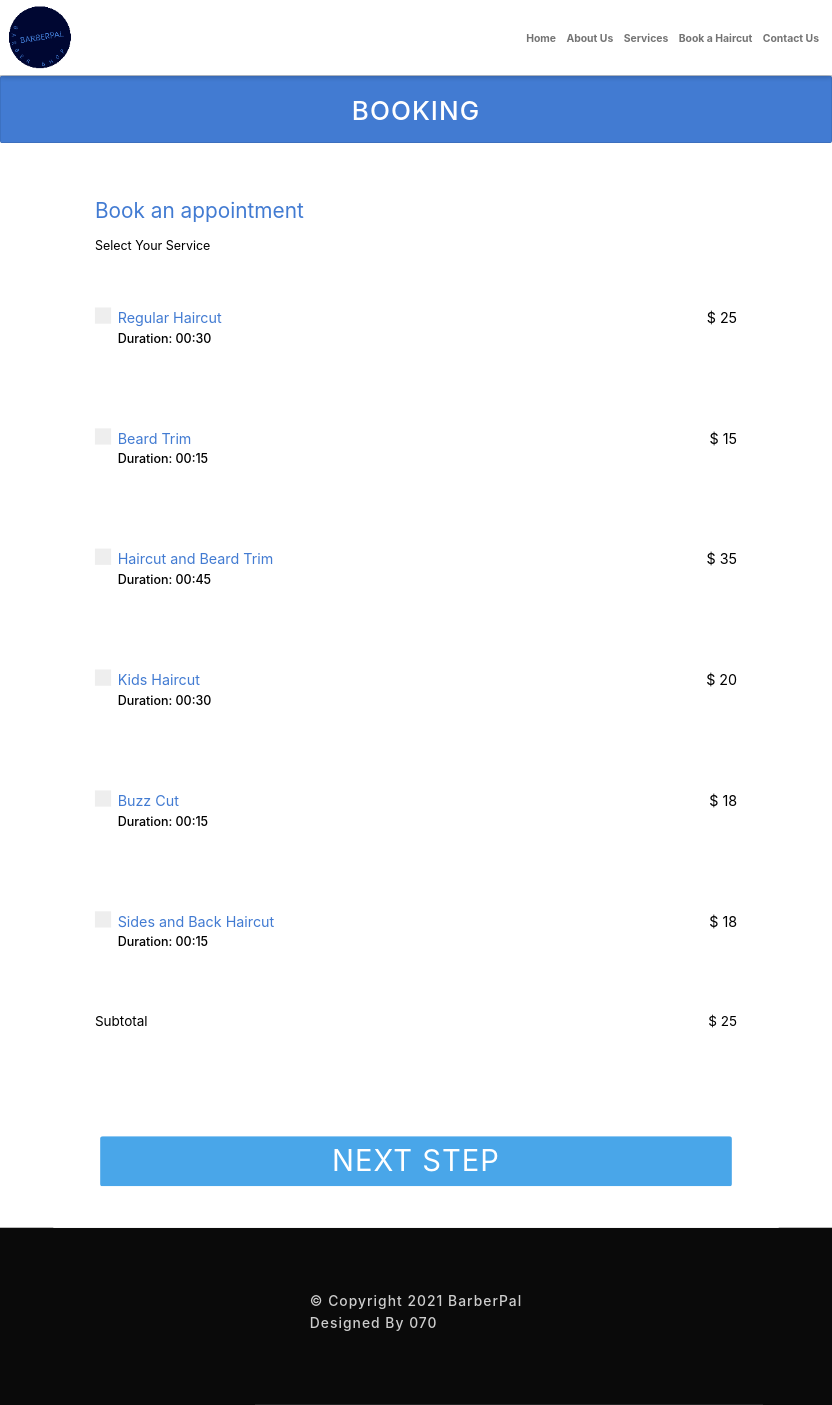
Repository: ofovweewere/haircutPal
Page: /services
The author's editor kept a copy of each file at every save. The page is drawn from the files as they stood at one save, then again after the next save.
The browser window is 1280 px wide. The pictures show the whole page, at 65% of full size.
The project was rebuilt for these pictures with package versions that can differ from the ones it lists, and the page was loaded fresh each time. Also part of the build but not shown: src/tutorial/0-Practice/bookCut.js, src/tutorial/0-Practice/about.js, src/tutorial/0-Practice/servicesAndProducts.js, src/tutorial/0-Practice/contact.js, src/tutorial/0-Practice/landing.js, src/tutorial/0-Practice/error.js.

Above is the page before, as saved 2022-06-24 12:35:49.

### public/index.html
<!DOCTYPE html>
<html lang="en">
  <head>
    <meta charset="utf-8" />
    <link rel="icon" href="%PUBLIC_URL%/favicon.ico" />
    <meta name="viewport" content="width=device-width, initial-scale=1" />
    <meta name="theme-color" content="#000000" />
    <meta
      name="description"
      content="Web site created using create-react-app"
    />
    <link rel="apple-touch-icon" href="%PUBLIC_URL%/logo192.png" />
    <!--
      manifest.json provides metadata used when your web app is installed on a
      user's mobile device or desktop. See https://developers.google.com/web/fundamentals/web-app-manifest/
    -->
    <link rel="manifest" href="%PUBLIC_URL%/manifest.json" />
    <!--
      Notice the use of %PUBLIC_URL% in the tags above.
      It will be replaced with the URL of the `public` folder during the build.
      Only files inside the `public` folder can be referenced from the HTML.

      Unlike "/favicon.ico" or "favicon.ico", "%PUBLIC_URL%/favicon.ico" will
      work correctly both with client-side routing and a non-root public URL.
      Learn how to configure a non-root public URL by running `npm run build`.
    -->
    <title>React App</title>
  </head>
  <body class="Site">
    <noscript>You need to enable JavaScript to run this app.</noscript>
    <div id="root"></div>
    <!--
      This HTML file is a template.
      If you open it directly in the browser, you will see an empty page.

      You can add webfonts, meta tags, or analytics to this file.
      The build step will place the bundled scripts into the <body> tag.

      To begin the development, run `npm start` or `yarn start`.
      To create a production bundle, use `npm run build` or `yarn build`.
    -->
  </body>
</html>

### src/index.js
import React from 'react';
import ReactDOM from 'react-dom';

import App from './App';
// import '../node_modules/jquery/dist/jquery.min.js';
import '../node_modules/bootstrap/dist/css/bootstrap.min.css';
import '../node_modules/bootstrap/dist/js/bootstrap.min.js';
import '../node_modules/font-awesome/css/font-awesome.min.css';

import './index.css';
ReactDOM.render(
  <React.StrictMode>
    <App />
  </React.StrictMode>,
  document.getElementById('root')
);

### src/App.js
import React from 'react';
import Setup from './tutorial/0-Practice/index.js';
// import Setup from './tutorial/2-useEffect/final/3-useEffect-fetch-data.js';
function App() {
  return (
    <div >
      <Setup />
    </div>
  );
  }

export default App;

### src/index.css
/*
===============
Variables
===============
*/

:root {
  /* dark shades of primary color*/
  --clr-primary-1: hsl(205, 86%, 17%);
  --clr-primary-2: hsl(205, 77%, 27%);
  --clr-primary-3: hsl(205, 72%, 37%);
  --clr-primary-4: hsl(205, 63%, 48%);
  /* primary/main color */
  --clr-primary-5: hsl(205, 78%, 60%);
  /* lighter shades of primary color */
  --clr-primary-6: hsl(205, 89%, 70%);
  --clr-primary-7: hsl(205, 90%, 76%);
  --clr-primary-8: hsl(205, 86%, 81%);
  --clr-primary-9: hsl(205, 90%, 88%);
  --clr-primary-10: hsl(205, 100%, 96%);
  /* darkest grey - used for headings */
  --clr-grey-1: hsl(209, 61%, 16%);
  --clr-grey-2: hsl(211, 39%, 23%);
  --clr-grey-3: hsl(209, 34%, 30%);
  --clr-grey-4: hsl(209, 28%, 39%);
  /* grey used for paragraphs */
  --clr-grey-5: hsl(210, 22%, 49%);
  --clr-grey-6: hsl(209, 23%, 60%);
  --clr-grey-7: hsl(211, 27%, 70%);
  --clr-grey-8: hsl(210, 31%, 80%);
  --clr-grey-9: hsl(212, 33%, 89%);
  --clr-grey-10: hsl(210, 36%, 96%);
  --clr-white: #fff;
  --clr-red-dark: hsl(360, 67%, 44%);
  --clr-red-light: hsl(360, 71%, 66%);
  --clr-green-dark: hsl(125, 67%, 44%);
  --clr-green-light: hsl(125, 71%, 66%);
  --clr-black: #222;
  --transition: all 0.3s linear;
  --spacing: 0.1rem;
  --radius: 0.25rem;
  --light-shadow: 0 5px 15px rgba(0, 0, 0, 0.1);
  --dark-shadow: 0 5px 15px rgba(0, 0, 0, 0.4);
  --max-width: 1170px;
  --fixed-width: 450px;
  --clr-orange-1: hsl(12, 83%, 98%);
  --clr-orange-2: hsl(14, 91%, 95%);
  --clr-orange-3: hsl(12, 89%, 89%);
  --clr-orange-4: hsl(13, 87%, 82%);
  --clr-orange-5: hsl(13, 88%, 68%);
  --clr-orange-6: hsl(13, 88%, 55%);
  --clr-orange-7: hsl(13, 74%, 49%);
  --clr-orange-8: hsl(13, 74%, 33%);
  --clr-orange-9: hsl(13, 73%, 25%);
  --clr-orange-10: hsl(13, 73%, 16%);
}
/*
===============
Global Styles
===============
*/

*,
::after,
::before {
  margin: 0;
  padding: 0;
  box-sizing: border-box;
}
body {
  font-family: -apple-system, BlinkMacSystemFont, 'Segoe UI', Roboto, Oxygen,
    Ubuntu, Cantarell, 'Open Sans', 'Helvetica Neue', sans-serif;
  background: var(--clr-grey-10);
  color: var(--clr-grey-1);
  line-height: 1.5;
  font-size: 0.875rem;
}
.Site {
  display: flex;
  min-height: 100vh;
  flex-direction: column;
}
.Site-content {
  flex: 1;
}
.bold
{
  font-weight:bold;
}

.nav-link {
color:#427bd2 ;
font-weight: bold;
}
.breakSection
{
  color:#427bd2 ;
font-weight: normal;
width: 100%;
min-height:6.5rem;
background:#0a0a0a;
}


ul {
  list-style-type: none;
}
a {
  text-decoration: none;
}
h1,
h2,
h3,
h4,
.under,
.titleDescription {
  letter-spacing: var(--spacing);
  text-transform: capitalize;
  line-height: 1.25;
  margin-bottom: 0.75rem;
}
h1 {
  font-size: 3rem;
}
h2,.titleDescription {
  font-size: 2rem;
}

.under
{
  margin-top:2rem;
}
.under, .title, .contact {
  font-size: 1.5rem;
}

 .smallText {
    font-size: 1rem;
  }

  .smallTextTwo {
    font-size: 1.1rem;
  }

h3 {
  font-size: 1.25rem;
},
.h3 {
    font-size: 1.0rem;
  },
h4 {
  font-size: 0.875rem;
}
p {
  margin-bottom: 1.25rem;
  color: var(--clr-grey-5);
}



  /* @media screen and (max-width: 767px) {
    #navbarSupportedContent
        {
            position: fixed !important;
            right: 5rem;
            left: 5rem;
            top:7.3rem;
            background-color: #fff !important;
            border-color: #427bd2 transparent transparent transparent;
            border-style:solid;
        }



  }       */

/* The containers */
.containers {
  display: block;
  position: relative;
  padding-left: 2.188rem;
  margin-bottom: 0.75rem;
  cursor: pointer;
  font-size: 1.375rem;
  -webkit-user-select: none;
  -moz-user-select: none;
  -ms-user-select: none;
  user-select: none;
}

/* Hide the browser's default checkbox */
.containers input {
  position: absolute;
  opacity: 0;
  cursor: pointer;
  height: 0;
  width: 0;
}

/* Create a custom checkbox */
.checkmark {
  position: absolute;
  top: 0;
  left: 0;
  height: 1.563rem;
  width: 1.563rem;
  background-color: #eee;
}

/* On mouse-over, add a grey background color */
.containers:hover input ~ .checkmark {
   /* background-color: #ccc; */
}

/* When the checkbox is checked, add a blue background */
.containers input:checked ~ .checkmark {
   background-color: #2196F3;
}

/* Create the checkmark/indicator (hidden when not checked) */
.checkmark:after {
  content: "";
  position: absolute;
  display: none;
  box-sizing: content-box !important;
}

/* Show the checkmark when checked */
.containers input:checked ~ .checkmark:after {
  display: block;
  box-sizing: content-box !important;
}

/* Style the checkmark/indicator */
.containers .checkmark:after {
  left: 0.563rem;
  top:0.313rem;
  width:0.313rem;
  height: 0.625rem;
  border: solid white;
  border-width: 0 0.188rem 0.188rem 0;
  -webkit-transform: rotate(45deg);
  -ms-transform: rotate(45deg);
  transform: rotate(45deg);
  box-sizing: content-box !important;
}

.hovering div:hover
{
  background:#f3f8fc;
}
@media screen and (min-width: 800px) {
  .about{
    display:flex;
  }
  .haircuts, .haircutsCombo
{
  display:grid;
}
  h1 {
    font-size: 4rem;
  }
  h2,.titleDescription {
    font-size: 2.5rem;
  }

   .under,.title, .contact {
    font-size: 2rem;
  }

   .smallText {
    font-size: 1.2rem;
  }

   .smallTextTwo {
    font-size: 1.3rem;
  }

  h3 {
    font-size: 1.33rem;
  },
  .h3 {
    font-size: 1.0rem;
  },
  h4 {
    font-size: 1rem;
  }
  body {
    font-size: 1rem;
  }
  h1,
  h2,
  h3,
  h4,
  .under,.title, .titleDescription{
    line-height: 1;
  }
}
/*  global classes */

/* section */
.section,
/* .container {
  width: 90vw;
  margin: 0 auto;
  max-width: var(--max-width);
} */

@media screen and (min-width: 992px) {
  .about{
    display:flex;
  }
  .haircuts,.haircutsCombo
{
  display:grid;
}
  .section {
    width: 95vw;
  }
}

/* .container {
  text-align: center;
  margin-top: 0;
} */
.btn {
  display: inline-block;
  background: var(--clr-primary-5);
  color: var(--clr-white);
  padding: 0.25rem 0.75rem;
  border-radius: var(--radius);
  border-color: transparent;
  text-transform: capitalize;
  font-size: 1rem;
  letter-spacing: var(--spacing);
  margin-top: 2rem;
  margin-left: 0.5rem;
  margin-right: 0.5rem;
  cursor: pointer;
  transition: var(--transition);
}
.btn:hover {
  background: var(--clr-primary-1);
  color: var(--clr-primary-5);
}
.item {
  background: var(--clr-white);
  display: flex;
  justify-content: space-between;
  max-width: var(--fixed-width);
  margin: 2rem auto;
  align-items: center;
  border-radius: var(--radius);
}
.item button,
.item a {
  background: transparent;
  border-color: transparent;
  color: var(--clr-primary-5);
  letter-spacing: var(--spacing);
  cursor: pointer;
}
.item {
  padding: 1rem 2rem;
}
.item h4 {
  margin-bottom: 0;
}
.item p {
  margin-bottom: 0;
}
.modal {
  position: absolute;
  top: 2rem;
  left: 50%;
  transform: translateX(-50%);
  background: var(--clr-white);
  display: inline-block;
  padding: 0.25rem 1rem;
  border-radius: var(--radius);
  text-transform: capitalize;
}

.modal p {
  margin-bottom: 0;
  color: var(--clr-red-dark);
}
.form {
  background: var(--clr-white);
  max-width: var(--fixed-width);
  margin: 0 auto;
  margin-bottom: 4rem;
  padding: 1rem 2rem;
  border-radius: var(--radius);
}
.form input {
  background: var(--clr-grey-10);
  border-color: transparent;
  border-radius: var(--radius);
  padding: 0.25rem 0.5rem;
}
.form-control {
  margin: 0.5rem 0;
  display: grid;
  grid-template-columns: 100px 1fr;
  align-items: center;
}
.form button {
  display: inline-block;
  background: var(--clr-black);
  color: var(--clr-white);
  border-color: transparent;
  margin-top: 1rem;
  letter-spacing: var(--spacing);
  padding: 0.15rem 0.25rem;
  text-transform: capitalize;
  border-radius: var(--radius);
  cursor: pointer;
}
.nav-links {
  max-width: var(--fixed-width);
  margin: 0 auto;
  margin-bottom: 4rem;
  display: grid;
  grid-template-columns: repeat(3, 1fr);
}




.haircutsCombo {



  grid-template-columns: repeat(2, minmax(0, 1fr));
   gap: 2rem;
  margin: 1rem 1rem 1rem 2rem;
}

.haircutsCombo > p {
  border: 5px solid #427bd2;
  overflow-wrap: break-word;
}

.haircuts {



  grid-template-columns: repeat(3, minmax(0, 1fr));
   gap: 2rem;
  margin: 1rem 1rem 1rem 2rem;
}

.haircuts > p {
  border: 5px solid #427bd2;
  overflow-wrap: break-word;
}

.title
{
  font-weight: normal;
  color: #fff;
  background:#427bd2;
  padding: 1rem;
  text-align: center;
}

.contact > div
{
  font-weight: normal;


  padding: 2rem;

}


td
{
  vertical-align:top;

}
.table
{
  color: white;
}
table {
  border-collapse: separate;
  border-spacing: 1rem 1rem ;
}
.titleDescription
{
  display: flex;
  align-items: center;
  justify-content: center;
  color:#333;
  padding:2rem;
font-weight: bold;


}

.nav-links a {
  color: var(--clr-grey-5);
}
.users {
  display: grid;
  grid-template-columns: repeat(auto-fit, minmax(300px, 1fr));
  gap: 2rem;
  margin: 3rem auto;
}
.users li {
  width: 100%;
  display: flex;
  align-items: center;
  background: var(--clr-white);
  padding: 1rem 2rem;
  border-radius: var(--radius);
  text-align: left;
}
.users img {
  width: 50px;
  height: 50px;
  border-radius: 50%;
  margin-right: 1rem;
}
.users h4 {
  margin-bottom: 0.15rem;
}
.users a {
  color: var(--clr-grey-5);
  text-transform: capitalize;
}

.products {
  margin: 4rem 0;
  display: grid;
  gap: 2rem;
}
@media screen and (min-width: 576px) {
  .products {
    grid-template-columns: repeat(auto-fit, minmax(300px, 1fr));
  }
}
.product {
  background: var(--clr-white);
  border-radius: var(--radius);
}
.product img {
  border-top-left-radius: var(--radius);
  border-top-right-radius: var(--radius);

  width: 100%;
  height: 15rem;
  object-fit: cover;
}
.product h4 {
  margin-top: 1rem;
}

.product button {
  margin-bottom: 1rem;
  background: var(--clr-primary-5);
  border-radius: var(--radius);
  border-color: transparent;
  color: var(--clr-white);
  padding: 0.25rem 0.5rem;
  text-transform: capitalize;
  cursor: pointer;
}

### src/tutorial/0-Practice/index.js
import React, { useState, useEffect } from 'react';

import Header from './header.js';
import Footer from './footer.js';
import Landing from './landing.js';
import Booking from './booking.js';
import Error from './error.js';
// react router
import { BrowserRouter as Router, Route, Switch } from 'react-router-dom';
const UseEffectFetchData = () => {

  return (
    <body className="Site" style={{backgroundColor:'black'}}>

      <Router>
      <Header />
       <main class="Site-content" >
      <Switch>
        <Route exact path='/'>
          <Landing/>
        </Route>
        <Route exact path='/landing'>
          <Landing/>
        </Route>
        <Route path='/services'>
         <Booking/>
        </Route>

        <Route path='*'>
          <Error />
        </Route>
      </Switch>
       </main>
       <Footer />
    </Router>




    </body>
  );
};

export default UseEffectFetchData;

### src/tutorial/0-Practice/footer.js
import React, { useState, useEffect } from 'react';
import companyLogo from '../../assets/logo.png';

const Footer = () => {

  return (
    <>
      <nav  style={{ backgroundColor: '#0a0a0a', display: 'flex',minHeight: '17rem',justifyContent: 'center', alignItems:'end' }}>
        <div class="container-fluid" style={{ color: '#cecece', alignSelf:'center', width:'auto'  }}>
          <h3 >&copy; Copyright 2021 BarberPal </h3>

          <div>
            <h3  > Designed by 070</h3>
          </div>
        </div>
      </nav>
    </>
  );
};

export default Footer;

### src/tutorial/0-Practice/booking.js
import React from 'react';
import BreakSection from './breakSection.js';
import DummyHeader from './dummyHeader.js';
import Heading from './heading.js';
import CheckboxOption from './checkboxOption.js';
import Footing from './footing.js';
import BlueButton from './blueButton.js';
const Booking = () => {


  return (
    <div style={{ background: '#fff' }}>
      <BreakSection title="BOOKING" ID="booking" background="#427bd2" color="#fff" />
      <div class="container">
        <div>
         <Heading title='Book an appointment' description='Select Your Service'/>
         <CheckboxOption title='Regular Haircut' description='00:30' cost='25'/>
         <CheckboxOption title='Beard Trim' description='00:15' cost='15'/>
         <CheckboxOption title='Haircut and Beard Trim' description='00:45' cost='35'/>
         <CheckboxOption title='Kids Haircut' description='00:30' cost='20'/>
         <CheckboxOption title='Buzz Cut' description='00:15' cost='18'/>
         <CheckboxOption title='Sides and Back Haircut' description='00:15' cost='18'/>
         <Footing title='Subtotal' description='25'/>
        </div>

        <div>
          <BlueButton title='NEXT STEP'/>
        </div>
      </div>
    </div>
  );
};

export default Booking;

### src/tutorial/0-Practice/breakSection.js
import React, { useState, useEffect } from 'react';

const BreakSection = ({ title, ID, background, color }) => {
  const [elementClass, setClass] = useState(
    window.innerWidth < 992
      ? '0px'
      : '100px'
  );
  const checkSize = () => {
    if (window.innerWidth < 992) {
      setClass('0px');
    } else {
      setClass('100px');
    }
  };
  useEffect(() => {

    window.addEventListener('resize', checkSize);
    return () => {
      window.removeEventListener('resize', checkSize);
    };
  }, []);
  return (
    <>
      <div className="card breakSection" id={ID} style={{ scrollMarginTop: elementClass, background:background, color:color }}>
        <div
          class="card-body"
          style={{ display: 'flex', alignItems: 'end', justifyContent: 'center' }}
        >
          <h2>{title}</h2>
        </div>
      </div>
    </>
  );
};

export default BreakSection;

### src/tutorial/0-Practice/heading.js
import React from 'react';

const Heading = ({title, description}) => {


  return (
    <>
      <div
          className="card"
          style={{
            color: 'var(--clr-white)',
            width: '100%',
            minHeight: '10rem',
            background: 'var(--clr-primary-5)',
            border: 'transparent'
          }}
        >
          <div
            class="card-body contact "
            style={{
              display: 'flex',
              alignItems: 'left',
              justifyContent: 'left',
              flexGrow: '1',
              flexDirection: 'column',
              background:'#fff',
              paddingBottom:'0'
            }}
          >
            <div className="whiteParagraph" style={{paddingBottom:'0'}}>
              <table className="whiteParagraphTab">
                <thead>
                  <tr>
                    <th></th>

                  </tr>
                </thead>
                <tbody>
                  <tr style={{color:'#427bd2',fontWeight:'normal'}}>

                    <td>{title}</td>
                  </tr>

                  <tr class='smallText'style={{color:'black', fontWeight:'normal'}}>

                    <td>
                     {description}
                    </td>
                  </tr>



                </tbody>
              </table>
            </div>
          </div>
        </div>
    </>
  );
};

export default Heading;

### src/tutorial/0-Practice/footing.js
import React from 'react';

const Footing = ({title, description}) => {


  return (
    <>
      <div
        className="card"
        style={{
          color: 'var(--clr-white)',
          width: '100%',
          minHeight: '10rem',
          background: 'var(--clr-primary-5)',
          border: 'transparent',
        }}
      >
        <div
          class="card-body contact "
          style={{
            display: 'flex',
            alignItems: 'left',
            justifyContent: 'left',
            flexGrow: '1',
            flexDirection: 'column',
            background: '#fff',
            paddingTop: '0',
          }}
        >
          <div className="whiteParagraph" style={{ paddingTop: '0' }}>
            <table className="whiteParagraphTab" style={{ width: '100%' }}>
              <thead>
                <tr>
                  <th></th>
                </tr>
              </thead>
              <tbody>
                <tr class="smallTextTwo" style={{ color: 'black', fontWeight: 'normal' }}>
                  <td>
                    <span style={{ display: 'flex' }}>
                      <span style={{ flexGrow: '1' }}>{title}</span>
                      <span style={{ color: 'black' }}>$ {description}</span>
                    </span>
                  </td>
                </tr>
              </tbody>
            </table>
          </div>
        </div>
      </div>
    </>
  );
};

export default Footing;

### src/tutorial/0-Practice/blueButton.js
import React from 'react';

const BlueButton = ({title, description}) => {


  return (
    <>
      <div
        className="card"
        style={{
          color: 'var(--clr-white)',
          width: '100%',
          minHeight: '10rem',
          background: 'var(--clr-primary-5)',
          border: 'transparent',
        }}
      >
        <div
          class="card-body contact "
          style={{
            display: 'flex',
            alignItems: 'left',
            justifyContent: 'left',
            flexGrow: '1',
            flexDirection: 'column',
            background: '#fff',
            paddingTop: '0',
          }}
        >
          <div className="whiteParagraph" style={{ paddingTop: '0' }}>
            <table className="whiteParagraphTab" style={{ width: '100%' }}>
              <thead>
                <tr>
                  <th></th>
                </tr>
              </thead>
              <tbody>
                <tr class="smallTextTwo" style={{ color: 'black', fontWeight: 'normal' }}>
                  <td style={{display:'flex'}}>
                     <button className="btn" style={{ fontSize: '2.8rem', flexGrow: '1' }}>
                       {title}
                    </button>
                  </td>
                </tr>
              </tbody>
            </table>
          </div>
        </div>
      </div>
    </>
  );
};

export default BlueButton;

Loaded but not shown: src/tutorial/0-Practice/header.js (115 lines, source omitted); src/tutorial/0-Practice/dummyHeader.js (107 lines, source omitted); src/tutorial/0-Practice/checkboxOption.js (90 lines, source omitted)

After the next save:
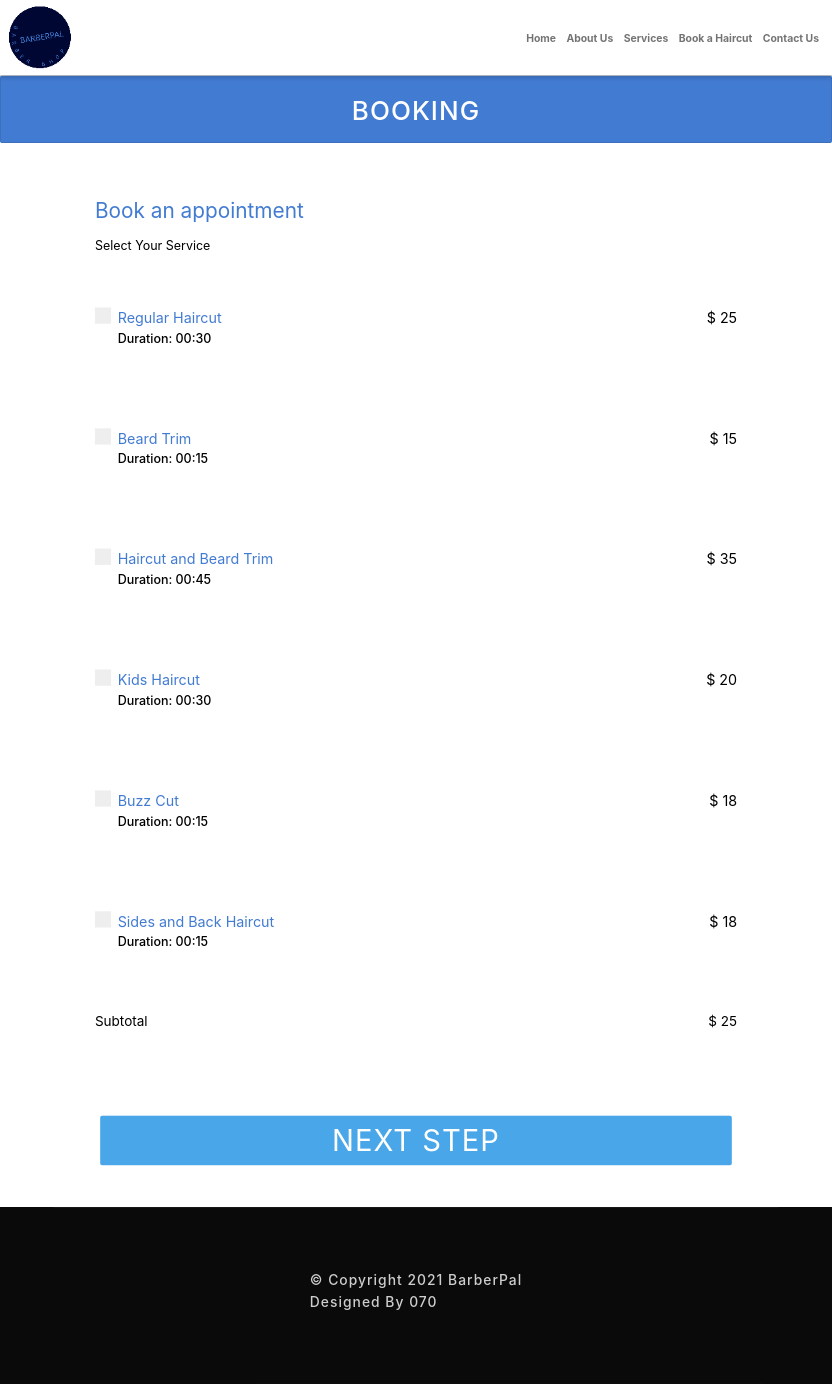
Saved 44 min 20 s later.
--- a/src/tutorial/0-Practice/blueButton.js
+++ b/src/tutorial/0-Practice/blueButton.js
@@ -28,7 +28,7 @@ const BlueButton = ({title, description}) => {
           }}
         >
           <div className="whiteParagraph" style={{ paddingTop: '0' }}>
-            <table className="whiteParagraphTab" style={{ width: '100%' }}>
+            <table className="whiteParagraphTab" style={{ width: '100%',  }}>
               <thead>
                 <tr>
                   <th></th>
@@ -37,7 +37,7 @@ const BlueButton = ({title, description}) => {
               <tbody>
                 <tr class="smallTextTwo" style={{ color: 'black', fontWeight: 'normal' }}>
                   <td style={{display:'flex'}}>
-                     <button className="btn" style={{ fontSize: '2.8rem', flexGrow: '1' }}>
+                     <button className="btn" style={{ fontSize: '2.8rem', flexGrow: '1', marginTop:'0' }}>
                        {title}
                     </button>
                   </td>
